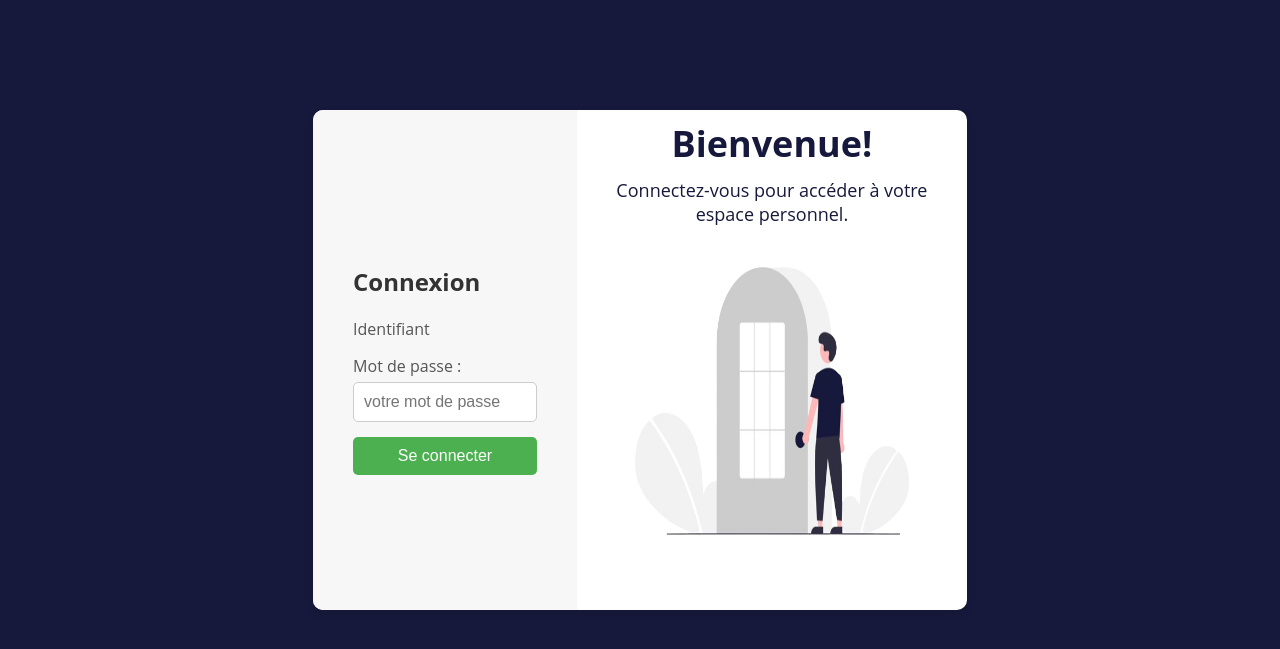
Repository: ndiawar/ProjetGab
Page: home.html
These files come from the project's save history. The page is drawn as it stood at one moment and after the next save; the edit follows.
The browser window is 1280 px wide. The pictures show the whole page.

Above is the page before, as saved 2024-08-07 14:00:44.

After the next save:
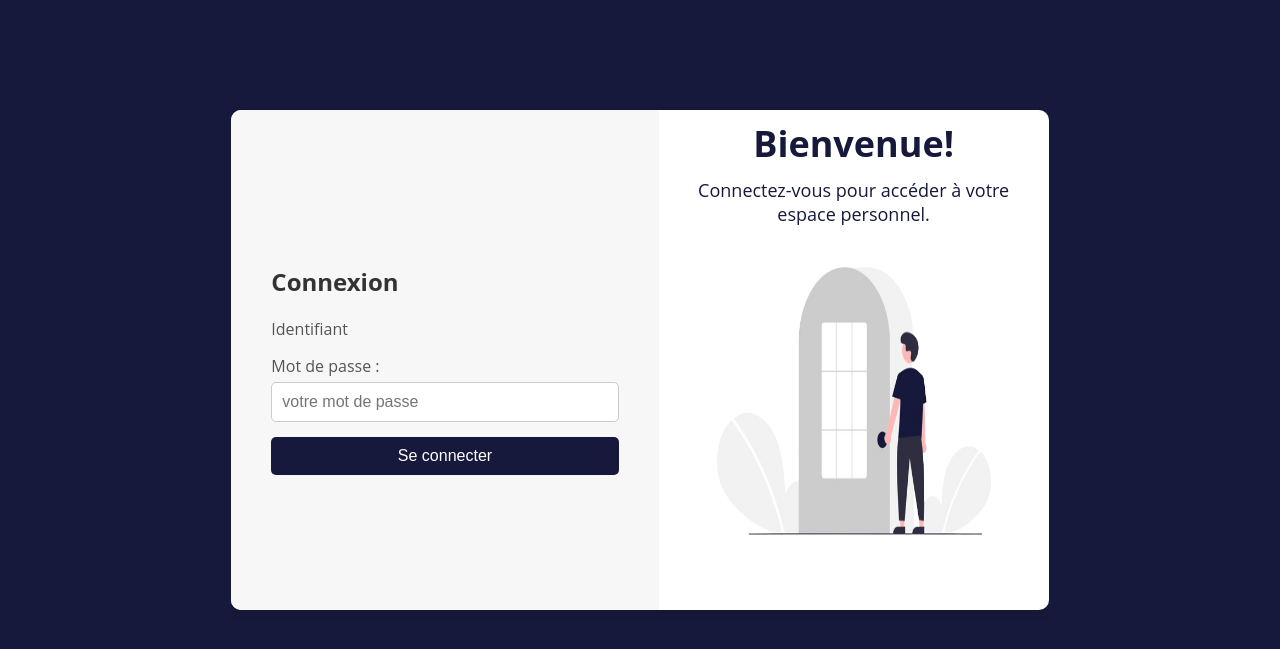
Saved 75 s later.
--- a/style.css
+++ b/style.css
@@ -62,7 +62,7 @@ body, html {
 /* Conteneur principal qui tient la page de connexion */
 .login-container {
     display: flex;
-    width: 80%;
+    width: 100%;
     max-width: 900px;
     height: 500px;
     background-color: #fff;
@@ -109,7 +109,7 @@ body, html {
 button {
     width: 100%;
     padding: 10px;
-    background-color: #4CAF50;
+    background-color: var(--color-backgroundFoncé);
     color: white;
     border: none;
     border-radius: 5px;
